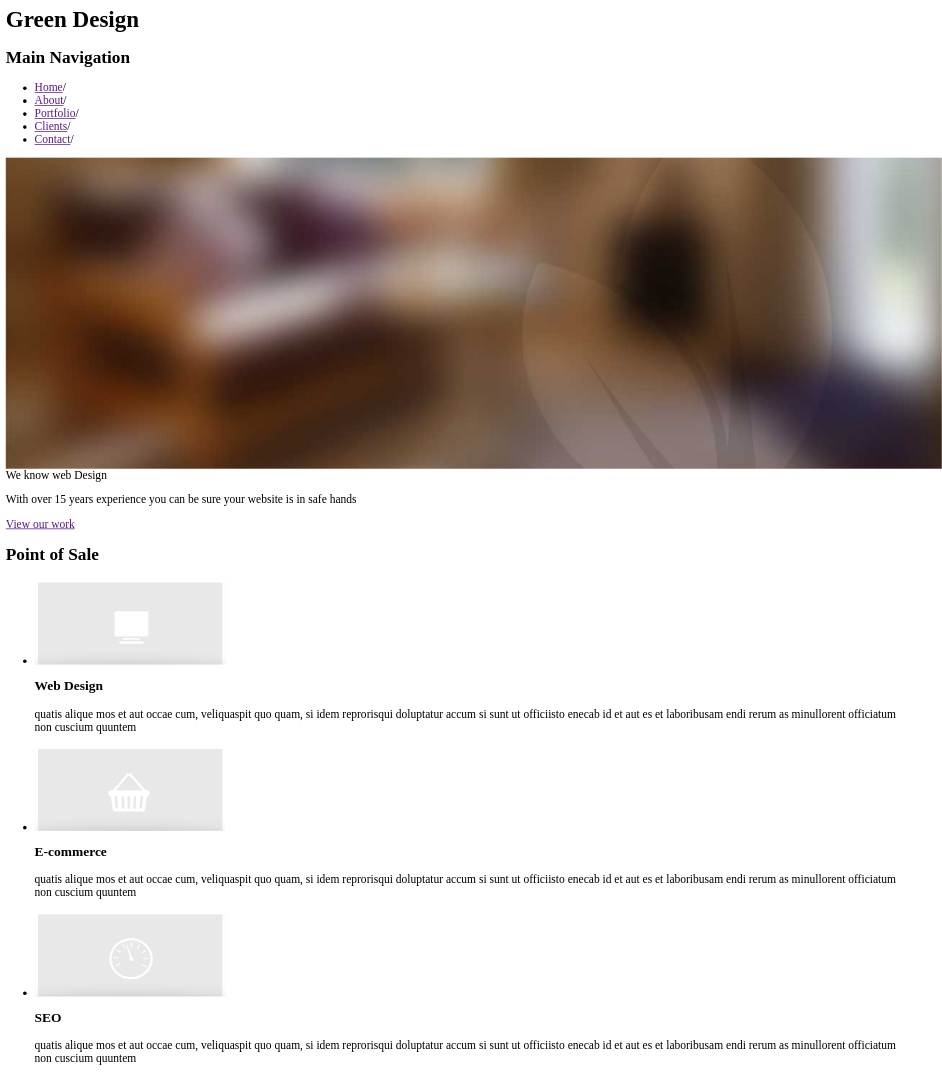
Repository: Piterwk1/psd-to-html
Page: website/index.html
An editor plug-in stored every save of this project. The page is shown before and after the next save, followed by the edit.
The browser window is 1280 px wide. The page is 1308 px wide, so the pictures cover 1308 px, including what lies to the right of the window. The pictures show the whole page, at 72% of full size.

Above is the page before, as saved 2021-09-13 20:16:16.

After the next save:
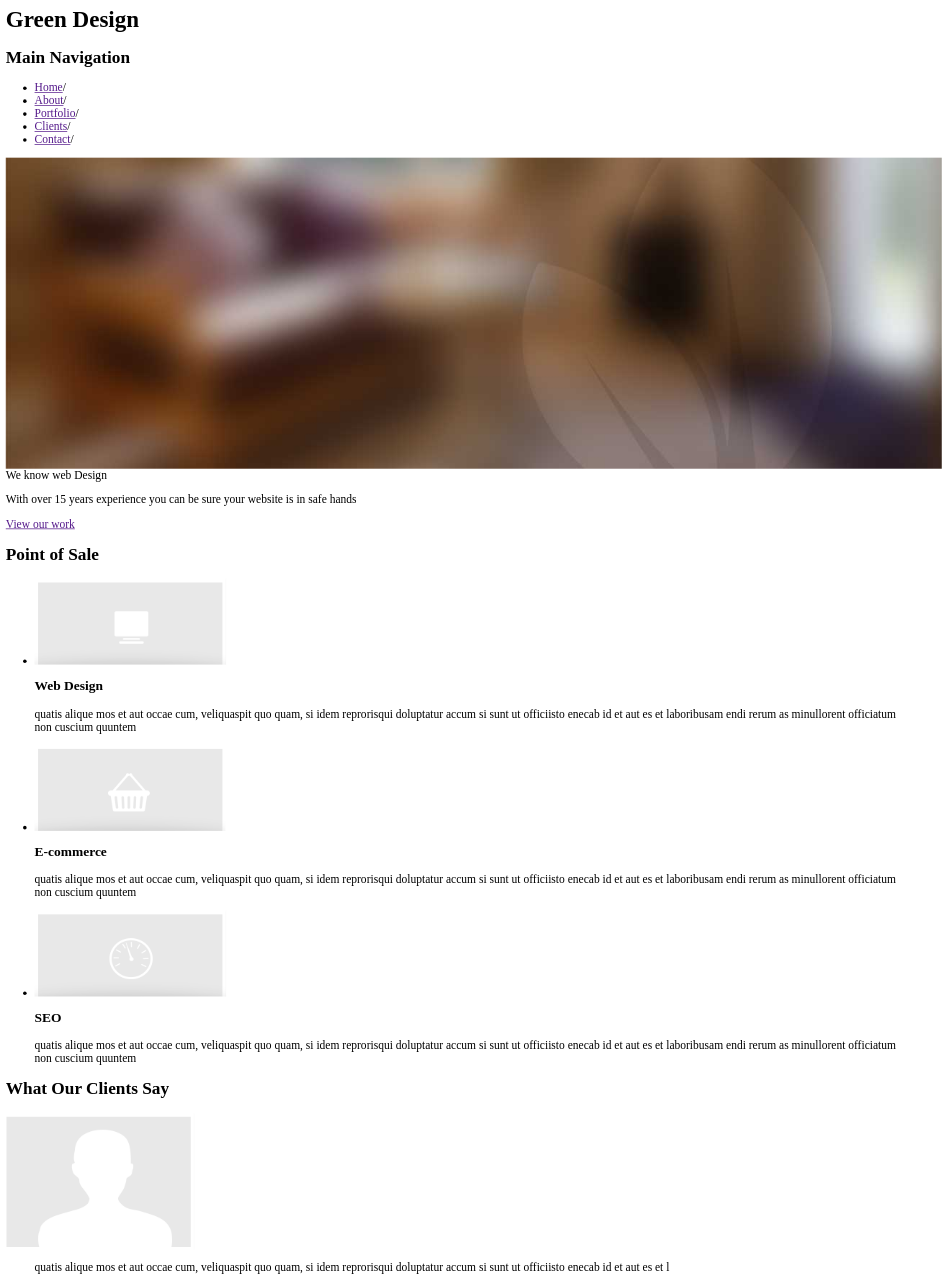
Saved 5 min 27 s later.
--- a/website/index.html
+++ b/website/index.html
@@ -60,7 +60,13 @@
                 </li>
             </ul>
         </section>
-        <section></section>
+        <section id="clients">
+            <h2>What Our Clients Say</h2>
+            <img src="images/head.png" alt="head">
+            <!-- <img src="images/quotes.png" alt="quotes"> -->
+            <blockquote>quatis alique mos et aut occae cum, veliquaspit quo quam, si idem reprorisqui doluptatur accum
+                si sunt ut officiisto enecab id et aut es et l</blockquote>
+        </section>
         <section></section>
     </div>
 </body>
